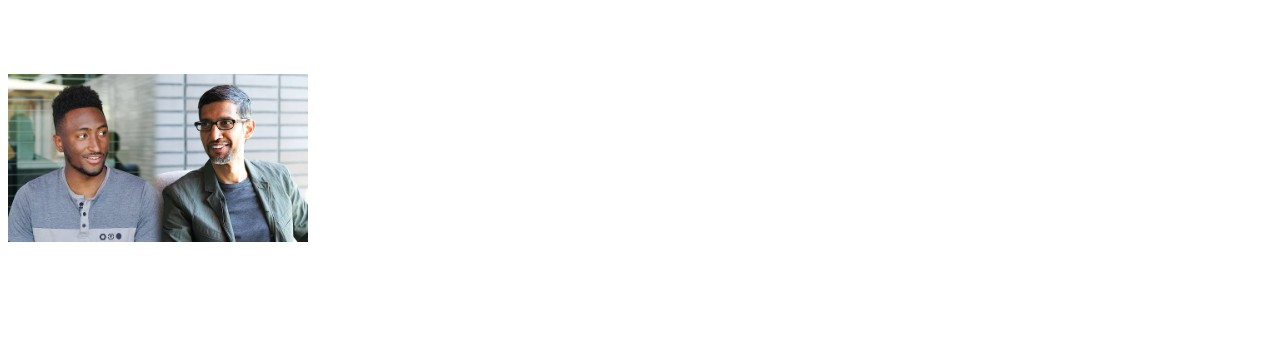
Repository: RagulRanjeeth/Frontend
Page: CloneYoutube/index.html
These files come from the project's save history. The page is drawn as it stood at one moment and after the next save; the edit follows.
The browser window is 1280 px wide. The pictures show the whole page.

Above is the page before, as saved 2026-01-22 14:05:37.

### CloneYoutube/index.html
<!DOCTYPE html>
<html>
    <head><title>Youtube Clone</title>
    <link rel="stylesheet" href="Styles.css"></head>
    <body>
        <img class="Thumbnails" src="Thumbnails/thumbnail-1.webp">
    </body>
</html>

### CloneYoutube/Styles.css
.Thumbnails{
    width: 300px;
    height:300px;
    object-fit: contain;
    object-position:center;
}

After the next save:
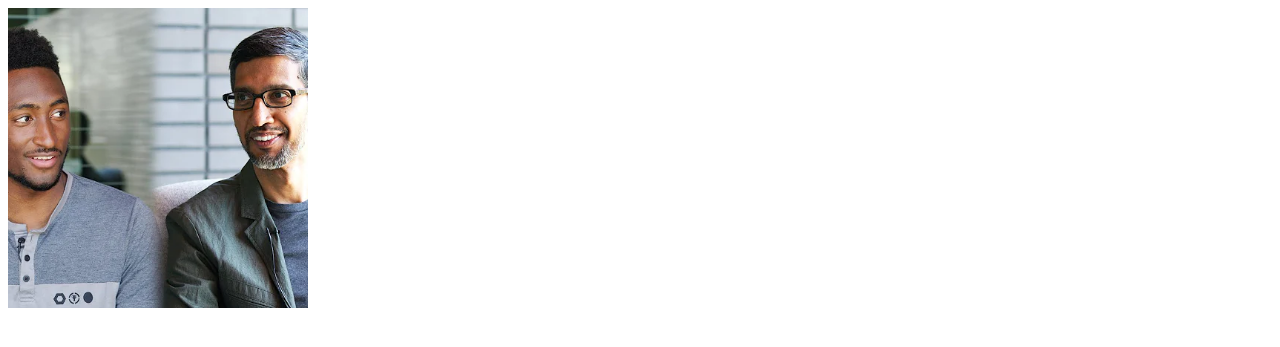
Saved 4 s later.
--- a/CloneYoutube/Styles.css
+++ b/CloneYoutube/Styles.css
@@ -1,6 +1,6 @@
 .Thumbnails{
     width: 300px;
     height:300px;
-    object-fit: contain;
+    object-fit: cover;
     object-position:center;
 }
